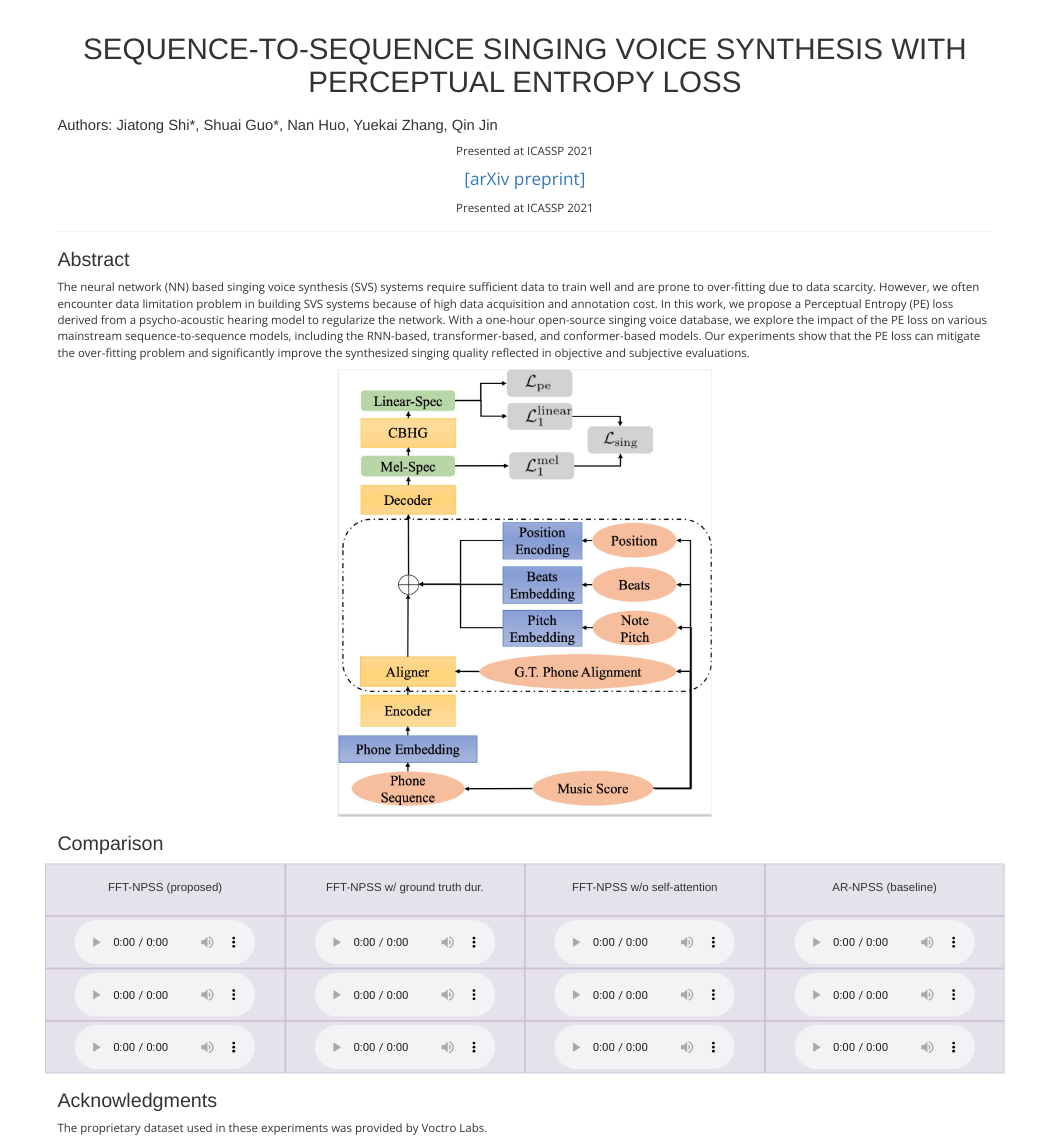
Repository: PeterGuoRuc/SVS_pe.github.io
Page: index.html
These files come from the project's save history. The page is drawn as it stood at one moment and after the next save; the edit follows.
The browser window is 1280 px wide. The pictures show the whole page, at 82% of full size.

Above is the page before, as saved 2021-06-06 16:51:26.

After the next save:
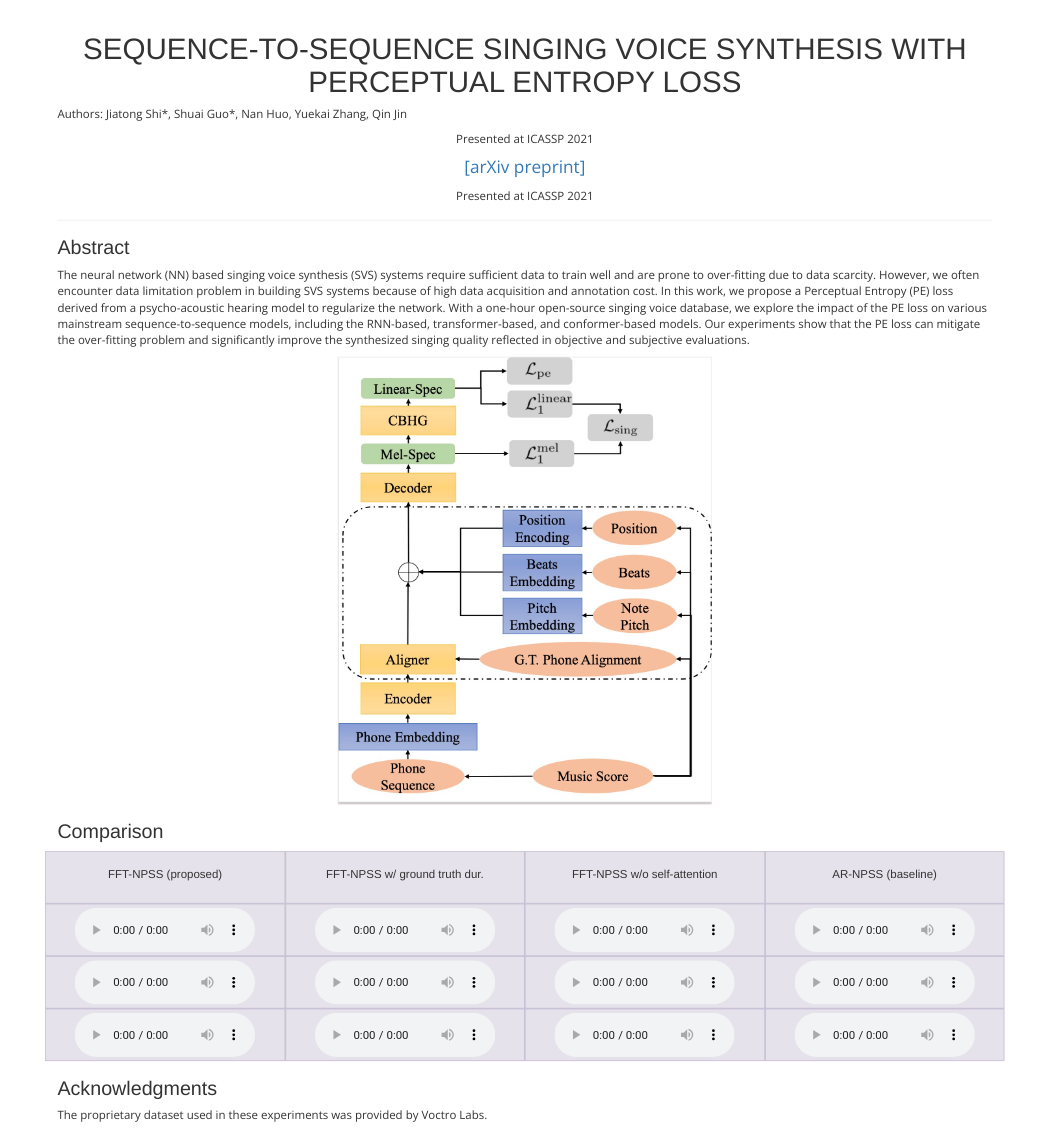
Saved 2 min 32 s later.
--- a/index.html
+++ b/index.html
@@ -42,9 +42,9 @@
         <h1>
           SEQUENCE-TO-SEQUENCE SINGING VOICE SYNTHESIS WITH PERCEPTUAL ENTROPY LOSS
         </h1>
-        <h4>
+        <p>
           Authors: Jiatong Shi*, Shuai Guo*, Nan Huo, Yuekai Zhang, Qin Jin
-        </h4>
+        </p>
         <p class="centered">Presented at ICASSP 2021</p>
         <p class="lead">
           <a class="lead_link" href="https://arxiv.org/abs/2010.12024">[arXiv preprint]</a>
